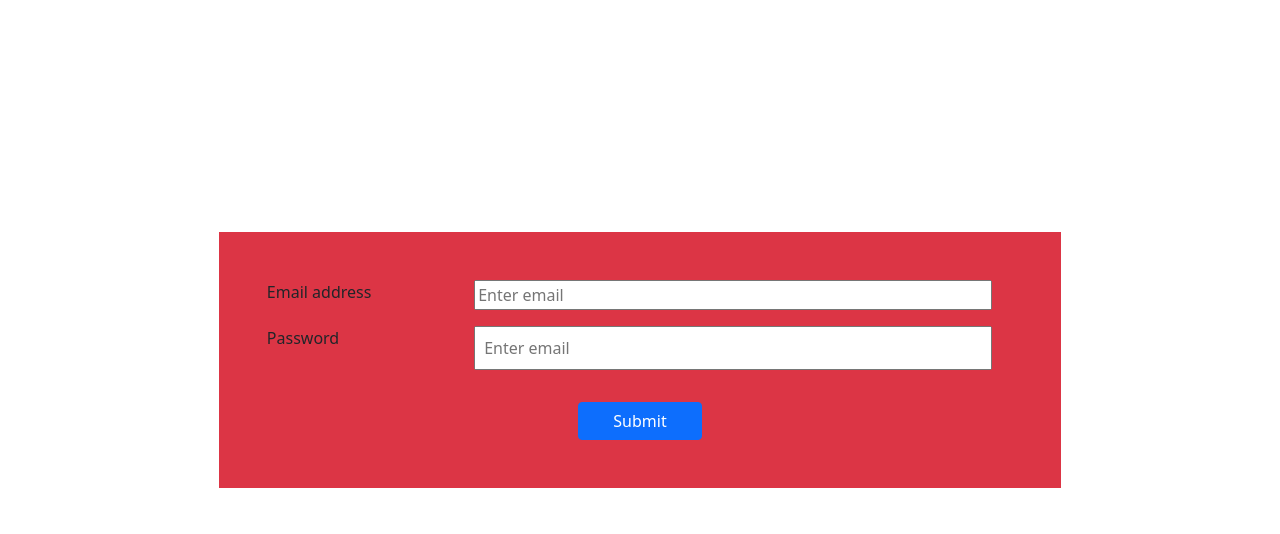
Repository: mariamkhaledsapra/E-Commerce-main
Page: /login
These files come from the project's save history. The page is drawn as it stood at one moment and after the next save; the edit follows.
The browser window is 1280 px wide. The pictures show the whole page.
The project was rebuilt for these pictures with package versions that can differ from the ones it lists, and the page was loaded fresh each time. Also part of the build but not shown: src/App.css, src/components/Navbar.jsx, src/App.js.

Above is the page before, as saved 2024-02-13 22:05:42.

### public/index.html
<!DOCTYPE html>
<html lang="en">
  <head>
    <meta charset="utf-8" />
    <link rel="icon" href="%PUBLIC_URL%/favicon.ico" />
    <meta name="viewport" content="width=device-width, initial-scale=1" />
    <meta name="theme-color" content="#000000" />
    <meta
      name="description"
      content="Web site created using create-react-app"
    />
    <link href="https://cdn.jsdelivr.net/npm/bootstrap@5.1.3/dist/css/bootstrap.min.css" rel="stylesheet" integrity="sha384-1BmE4kWBq78iYhFldvKuhfTAU6auU8tT94WrHftjDbrCEXSU1oBoqyl2QvZ6jIW3" crossorigin="anonymous">

    <title>React App</title>
  </head>
  <body>
    <div id="root"></div>
  </body>
</html>

### src/index.js
import React from "react";
import ReactDOM from "react-dom/client";
import "./index.css";
import App from "./App";
import reportWebVitals from "./reportWebVitals";
import { createBrowserRouter, RouterProvider } from "react-router-dom";
import Login from "./components/Login";
import Navbar from "./components/Navbar";

const Routes = createBrowserRouter([
  {
    path: "/",
    element: <App />,
  },
  {
    path: "/login",
    element: <Login />,
  },
]);

const root = ReactDOM.createRoot(document.getElementById("root"));
root.render(
  <RouterProvider router={Routes}>
    <App />
  </RouterProvider>
);

reportWebVitals();

### src/index.css
body {
  display: flex;

  justify-content: center;

  align-items: center;

  height: 100vh;

  margin: 0;
}
/* .login {
  position: absolute;
  top: 50%;
  left: 50%;
  width: 100%;
  transform: translate(-50%, -50%);
  -webkit-transform: translate(-50%, -50%);
  -moz-transform: translate(-50%, -50%);
  -ms-transform: translate(-50%, -50%);
  -o-transform: translate(-50%, -50%);
} */

### src/components/Login.jsx
import React from "react";

const Login = () => {
  return (
    <div class="login-form w-100 bg-danger ">
      <form class="p-5 d-flex flex-wrap">
        <div class="d-flex col-10">
          <label for="email" class="col-4">
            Email address
          </label>

          <input
            type="email"
            class="col-10"
            id="email"
            placeholder="Enter email"
          />
        </div>
        <div class="d-flex col-10 my-3">
          <label for="email" class="col-4">
            Password
          </label>

          <input
            type="email"
            class="col-10 p-2"
            id="email"
            placeholder="Enter email"
          />
        </div>

        <div class="col-12 d-flex mt-3 justify-content-center">
          {" "}
          <button type="submit" class="btn btn-primary col-2">
            Submit
          </button>
        </div>
      </form>
    </div>
  );
};

export default Login;

Loaded but not shown: src/reportWebVitals.js (common file)

After the next save:
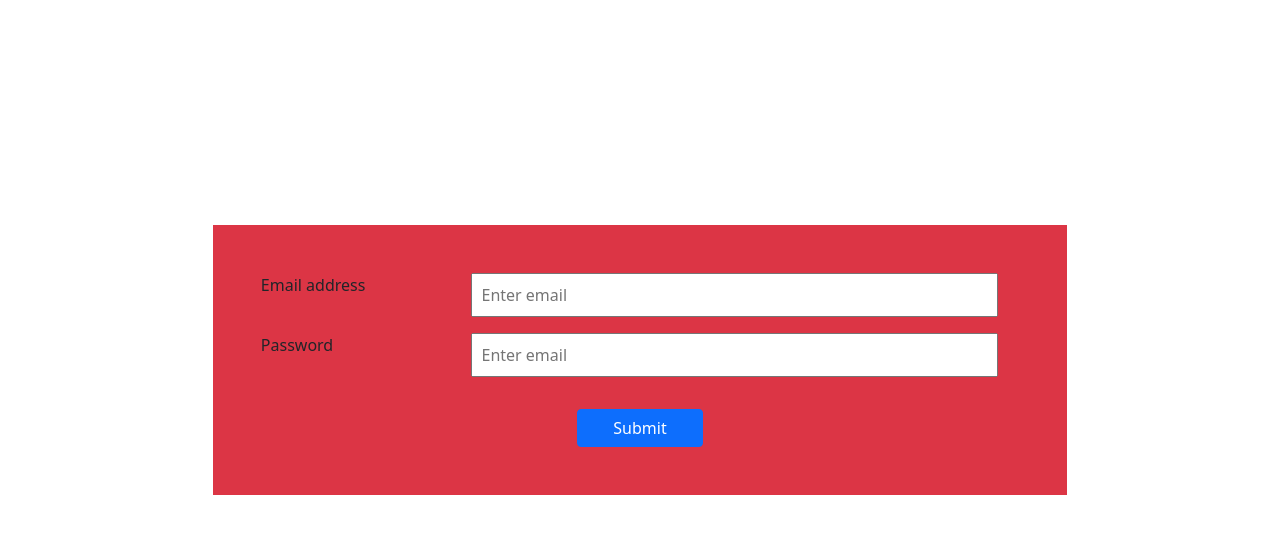
Saved 8 s later.
--- a/src/components/Login.jsx
+++ b/src/components/Login.jsx
@@ -11,7 +11,7 @@ const Login = () => {
 
           <input
             type="email"
-            class="col-10"
+            class="col-10 p-2"
             id="email"
             placeholder="Enter email"
           />
